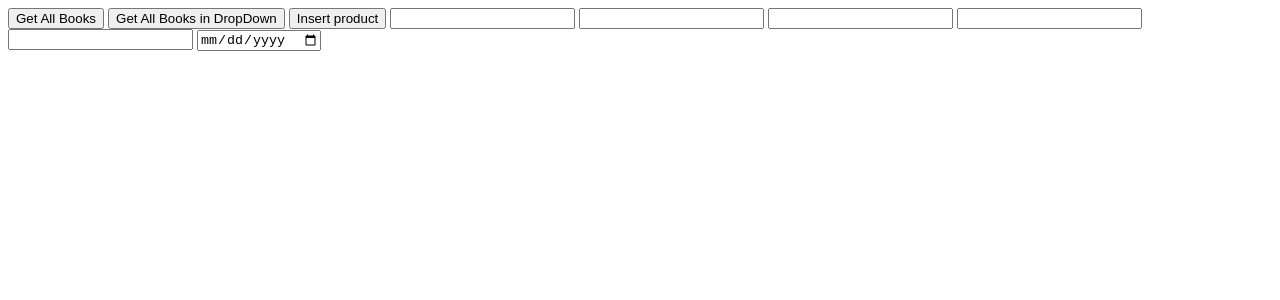
Repository: PranavDwagh/Spring-Boot-MVC-and-RestAPI
Page: GroceryAssignmentRestAPI/src/main/resources/static/jq.html
The author's editor kept a copy of each file at every save. The page is drawn from the files as they stood at one save, then again after the next save.
The browser window is 1280 px wide. The pictures show the whole page.

Above is the page before, as saved 2022-02-01 15:16:06.

After the next save:
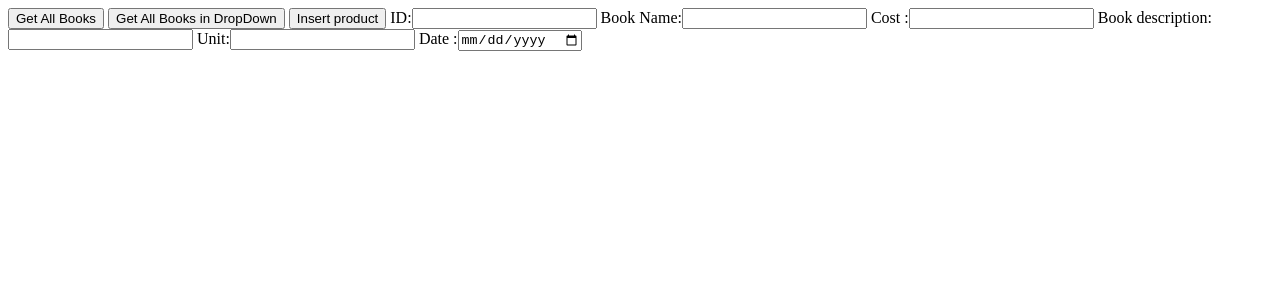
Saved 100 s later.
--- a/GroceryAssignmentRestAPI/src/main/resources/static/jq.html
+++ b/GroceryAssignmentRestAPI/src/main/resources/static/jq.html
@@ -64,12 +64,12 @@
     <button id="b1">Get All Books</button>
     <button id="b2">Get All Books in DropDown</button>
     <button id="b3">Insert product</button>
-    <input type="number" name="" id="id"/>
-    <input type="text" name="" id="name"/>
-    <input type="number" name="" id="cost"/>
-    <input type="description" name="" id="desc"/>
-    <input type="unit" name="" id="desc"/>
-    <input type="date" name="" id="date"/>
+    ID:<input type="number" name="" id="id"/>
+    Book Name:<input type="text" name="" id="name"/>
+    Cost :<input type="number" name="" id="cost"/>
+    Book description:<input type="description" name="" id="desc"/>
+    Unit:<input type="unit" name="" id="desc"/>
+    Date :<input type="date" name="" id="date"/>
 
     <p id="dis"></p>
 </body>
